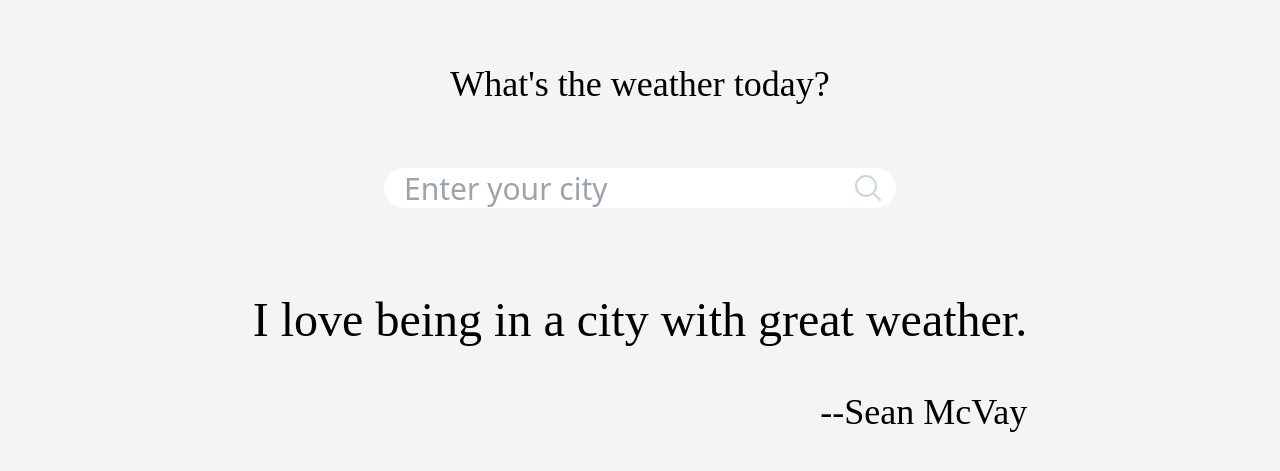
Repository: Tiaanz/Weather-App
Page: /
An editor plug-in stored every save of this project. The page is shown before and after the next save, followed by the edit.
The browser window is 1280 px wide. The pictures show the whole page.
The project was rebuilt for these pictures with package versions that can differ from the ones it lists, and the page was loaded fresh each time.

Above is the page before, as saved 2023-03-05 20:50:45.

After the next save:
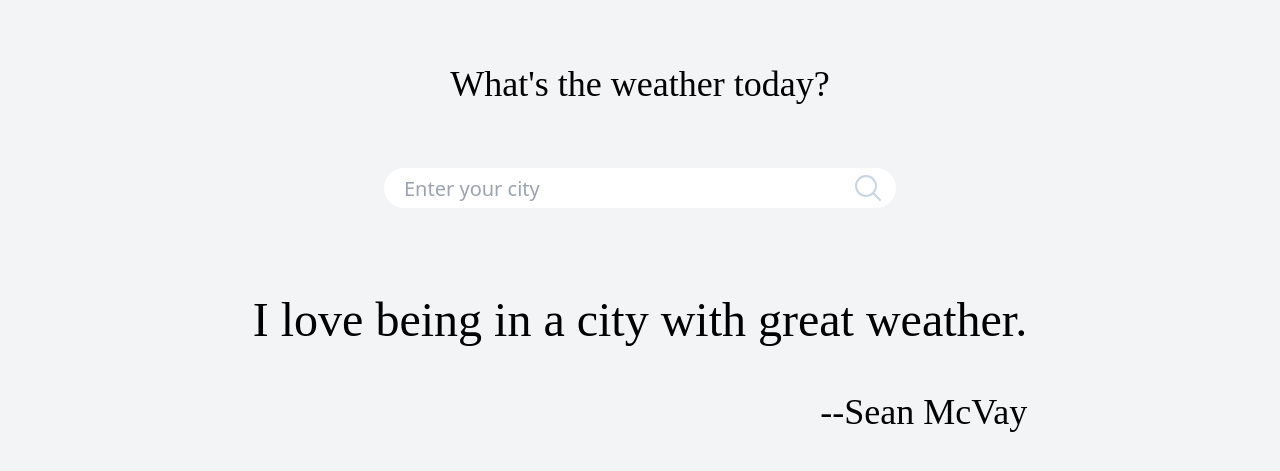
Saved 2 min 25 s later.
--- a/src/App.js
+++ b/src/App.js
@@ -77,7 +77,7 @@
           >
             <div className=" w-3/4 sm:w-3/5 md:w-2/4  lg:w-2/5 flex items-center relative">
               <input
-                className=" h-10 px-5 pr-10 rounded-full w-full text-2xl sm:text-3xl focus:outline-none"
+                className=" h-10 px-5 pr-10 rounded-full w-full text-2xl sm:text-xl focus:outline-none"
                 placeholder="Enter your city"
                 type="text"
                 value={searchPlace}
